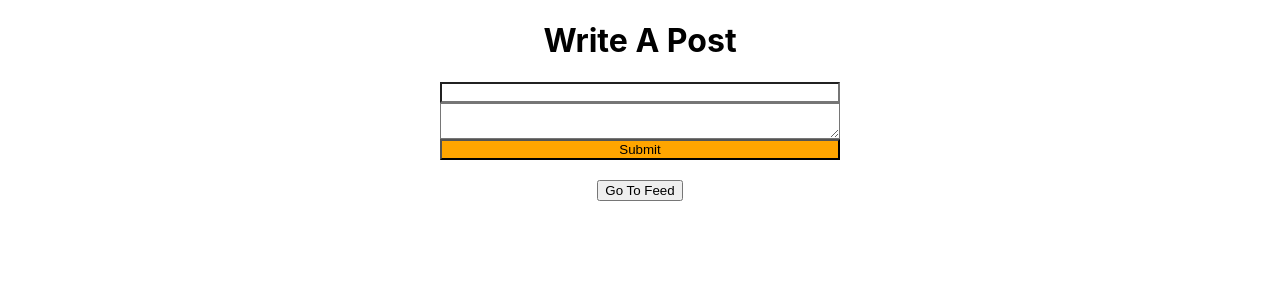
Repository: shaelorch/comp-week4
Page: /addPosts
An editor plug-in stored every save of this project. The page is shown before and after the next save, followed by the edit.
The browser window is 1280 px wide. The pictures show the whole page.
The project was rebuilt for these pictures with package versions that can differ from the ones it lists, and the page was loaded fresh each time. The framework's server and built-in components were replaced by stand-ins that run in the browser. Also part of the build but not shown: next.config.js.

Above is the page before, as saved 2023-01-31 23:09:26.

After the next save:
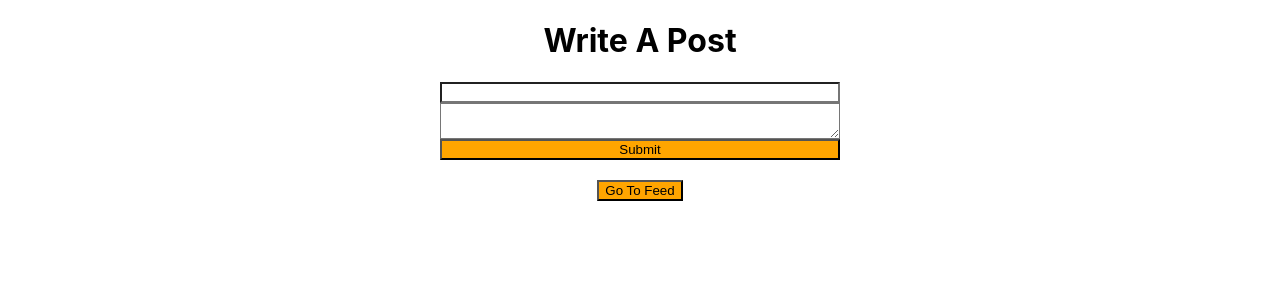
Saved 20 s later.
--- a/pages/addPosts.js
+++ b/pages/addPosts.js
@@ -23,7 +23,7 @@ export default function Home({posts}) {
             <button style={{backgroundColor:'orange'}} type="submit">Submit</button>
         </form>
         <a href='/'>
-            <button style={{display:'flex', marginTop:20}}>Go To Feed</button>
+            <button style={{display:'flex', marginTop:20, backgroundColor:'orange'}}>Go To Feed</button>
         </a>
 
 
